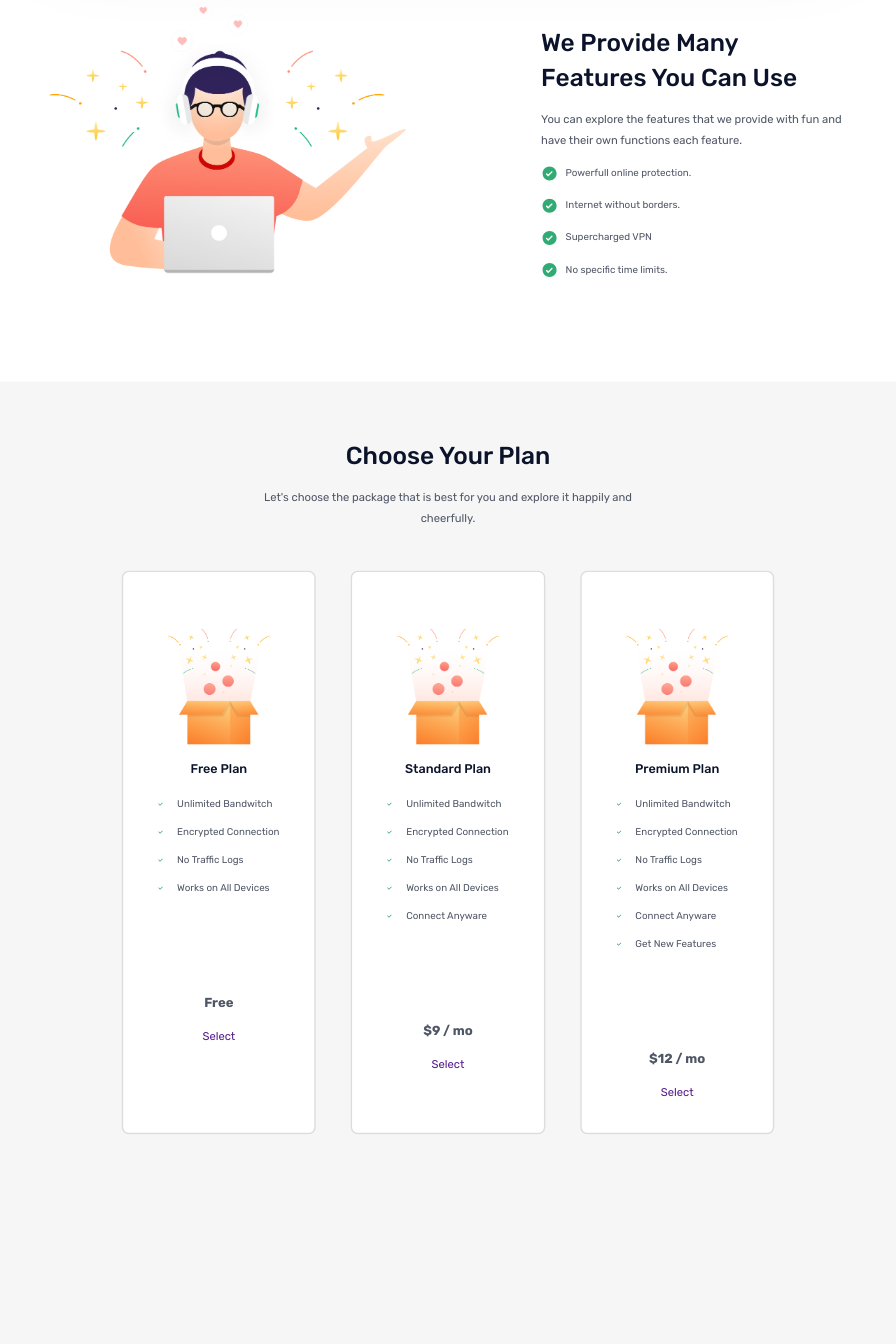
Repository: thefellowshiplotr/lasles_recode
Page: index.html
These files come from the project's save history. The page is drawn as it stood at one moment and after the next save; the edit follows.
The browser window is 1280 px wide. The pictures show the part of the page from y = 946 to 2866 px (the page is 2866 px tall before and 2706 px after), at 70% of full size.
The style sheet was rebuilt from its Sass, Less or Tailwind sources for each picture, by a compiler version that may differ from the author's.

Above is the page before, as saved 2022-10-28 16:26:08.

### index.html
<!DOCTYPE html>
<html lang="en">
  <head>
    <meta charset="UTF-8" />
    <meta http-equiv="X-UA-Compatible" content="IE=edge" />
    <meta name="viewport" content="width=device-width, initial-scale=1.0" />
    <title>Lasles Vpn</title>
    <link rel="preconnect" href="https://fonts.googleapis.com" />
    <link rel="preconnect" href="https://fonts.gstatic.com" crossorigin />
    <link
      href="https://fonts.googleapis.com/css2?family=Rubik:wght@400;500;700&display=swap"
      rel="stylesheet"
    />
    <link rel="stylesheet" href="./css/app.css" />
  </head>
  <body>
    <div class="wrapper">
      <header class="header">
        <div class="container">
          <div class="header-container">
            <img srcset="./img/logo.png 2x" alt="" class="header-logo" />
            <ul class="menu">
              <li class="menu-item">
                <a href="#" class="menu-link">About</a>
              </li>
              <li class="menu-item">
                <a href="#" class="menu-link">Features</a>
              </li>
              <li class="menu-item">
                <a href="#" class="menu-link">Pricing</a>
              </li>
              <li class="menu-item">
                <a href="#" class="menu-link">Testimonials</a>
              </li>
              <li class="menu-item">
                <a href="#" class="menu-link">Help</a>
              </li>
            </ul>
            <div class="header-auth">
              <a href="#" class="header-signin">Sign In</a>
              <a href="#" class="header-signup">Sign Up</a>
            </div>
          </div>
        </div>
      </header>
    </div>
    <div class="wrapper">
      <section class="hero">
        <div class="container">
          <div class="hero-container">
            <div class="hero-content">
              <h1 class="hero-heading">
                Want anything to be easy with
                <strong class="hero-laslesvpn">LaslesVPN.</strong>
              </h1>
              <p class="hero-desc">
                Provide a network for all your needs with ease and fun using
                <strong class="hero-laslesvpn2">LaslesVPN</strong> discover
                interesting features from us.
              </p>
            </div>
            <div class="hero-btn">
              <a href="" class="button button-primary">Get Started</a>
            </div>
            <div class="hero-img">
              <img srcset="./img/hero-image.png 2x" alt="" />
            </div>
          </div>
        </div>
      </section>
    </div>
    <div class="wrapper">
      <section class="intro">
        <div class="container">
          <div class="intro-container">
            <div class="intro-item">
              <div class="intro-icon">
                <img srcset="./img/user.png 2x" alt="" />
              </div>
              <div class="intro-info">
                <div class="intro-title">90+</div>
                <p class="intro-text">Users</p>
              </div>
            </div>
            <div class="intro-item">
              <div class="intro-icon">
                <img srcset="./img/location.png 2x" alt="" />
              </div>
              <div class="intro-info">
                <div class="intro-title">30+</div>
                <p class="intro-text">Locations</p>
              </div>
            </div>
            <div class="intro-item">
              <div class="intro-icon">
                <img srcset="./img/server.png 2x" alt="" />
              </div>
              <div class="intro-info">
                <div class="intro-title">50+</div>
                <p class="intro-text">Servers</p>
              </div>
            </div>
          </div>
        </div>
      </section>
    </div>
    <div class="wrapper">
      <section class="feature">
        <div class="container">
          <div class="feature-container">
            <img
              srcset="./img/feature-image.png 2x"
              alt=""
              class="feature-img"
            />
            <div class="feature-content">
              <h2 class="feature-heading">
                We Provide Many Features You Can Use
              </h2>
              <p class="feature-desc">
                You can explore the features that we provide with fun and have
                their own functions each feature.
              </p>
              <div class="feature-list">
                <div class="feature-item">
                  <img src="./img/icon-check.svg" alt="" />
                  <span>Powerfull online protection.</span>
                </div>
                <div class="feature-item">
                  <img src="./img/icon-check.svg" alt="" />
                  <span>Internet without borders.</span>
                </div>
                <div class="feature-item">
                  <img src="./img/icon-check.svg" alt="" />
                  <span>Supercharged VPN</span>
                </div>
                <div class="feature-item">
                  <img src="./img/icon-check.svg" alt="" />
                  <span>No specific time limits.</span>
                </div>
              </div>
            </div>
          </div>
        </div>
      </section>
    </div>
    <div class="wrapper background-plan">
      <section class="plan">
        <div class="container">
          <div class="plan-container">
            <div class="plan-header">
              <h2 class="plan-heading">Choose Your Plan</h2>
              <p class="plan-desc">
                Let's choose the package that is best for you and explore it
                happily and cheerfully.
              </p>
            </div>
            <div class="plan-list">
              <div class="plan-item">
                <div class="plan-img">
                  <img srcset="./img/plan.png 2x" alt="" />
                </div>
                <div class="plan-title">Free Plan</div>
                <div class="plan-details">
                  <div class="plan-info">
                    <img
                      srcset="./img/icon-check-line.svg 2x"
                      alt=""
                      class="plan-icon"
                    />
                    <span>Unlimited Bandwitch</span>
                  </div>
                  <div class="plan-info">
                    <img
                      srcset="./img/icon-check-line.svg 2x"
                      alt=""
                      class="plan-icon"
                    />
                    <span>Encrypted Connection</span>
                  </div>
                  <div class="plan-info">
                    <img
                      srcset="./img/icon-check-line.svg 2x"
                      alt=""
                      class="plan-icon"
                    />
                    <span>No Traffic Logs</span>
                  </div>
                  <div class="plan-info">
                    <img
                      srcset="./img/icon-check-line.svg 2x"
                      alt=""
                      class="plan-icon"
                    />
                    <span>Works on All Devices</span>
                  </div>
                </div>
                <h3 class="plan-price">Free</h3>
                <a href="" class="button button-rounded">Select</a>
              </div>
              <div class="plan-item">
                <div class="plan-img">
                  <img srcset="./img/plan.png 2x" alt="" />
                </div>
                <div class="plan-title">Standard Plan</div>
                <div class="plan-details">
                  <div class="plan-info">
                    <img
                      srcset="./img/icon-check-line.svg 2x"
                      alt=""
                      class="plan-icon"
                    />
                    <span>Unlimited Bandwitch</span>
                  </div>
                  <div class="plan-info">
                    <img
                      srcset="./img/icon-check-line.svg 2x"
                      alt=""
                      class="plan-icon"
                    />
                    <span>Encrypted Connection</span>
                  </div>
                  <div class="plan-info">
                    <img
                      srcset="./img/icon-check-line.svg 2x"
                      alt=""
                      class="plan-icon"
                    />
                    <span>No Traffic Logs</span>
                  </div>
                  <div class="plan-info">
                    <img
                      srcset="./img/icon-check-line.svg 2x"
                      alt=""
                      class="plan-icon"
                    />
                    <span>Works on All Devices</span>
                  </div>
                  <div class="plan-info">
                    <img
                      srcset="./img/icon-check-line.svg 2x"
                      alt=""
                      class="plan-icon"
                    />
                    <span>Connect Anyware</span>
                  </div>
                </div>
                <h3 class="plan-price">$9 / mo</h3>
                <a href="" class="button button-rounded">Select</a>
              </div>
              <div class="plan-item">
                <div class="plan-img">
                  <img srcset="./img/plan.png 2x" alt="" />
                </div>
                <div class="plan-title">Premium Plan</div>
                <div class="plan-details">
                  <div class="plan-info">
                    <img
                      srcset="./img/icon-check-line.svg 2x"
                      alt=""
                      class="plan-icon"
                    />
                    <span>Unlimited Bandwitch</span>
                  </div>
                  <div class="plan-info">
                    <img
                      srcset="./img/icon-check-line.svg 2x"
                      alt=""
                      class="plan-icon"
                    />
                    <span>Encrypted Connection</span>
                  </div>
                  <div class="plan-info">
                    <img
                      srcset="./img/icon-check-line.svg 2x"
                      alt=""
                      class="plan-icon"
                    />
                    <span>No Traffic Logs</span>
                  </div>
                  <div class="plan-info">
                    <img
                      srcset="./img/icon-check-line.svg 2x"
                      alt=""
                      class="plan-icon"
                    />
                    <span>Works on All Devices</span>
                  </div>
                  <div class="plan-info">
                    <img
                      srcset="./img/icon-check-line.svg 2x"
                      alt=""
                      class="plan-icon"
                    />
                    <span>Connect Anyware</span>
                  </div>
                  <div class="plan-info">
                    <img
                      srcset="./img/icon-check-line.svg 2x"
                      alt=""
                      class="plan-icon"
                    />
                    <span>Get New Features</span>
                  </div>
                </div>
                <h3 class="plan-price">$12 / mo</h3>
                <a href="" class="button button-rounded">Select</a>
              </div>
            </div>
          </div>
        </div>
      </section>
    </div>
  </body>
</html>

### sass/app.scss
@import "reset";
@import "variables";
@import "global";
@import "header";
@import "menu";
@import "hero";
@import "intro";
@import "feature";
@import "plan";

### sass/_variables.scss
$font: "Rubik", sans-serif;
$text-color: #4f5665;
$heading-color: #0b132a;
$primary-color: #f53838;
$secondary-color: #f53855;
$gray-color: #f6f6f6;
$gray-light-color: #f8f8f8;
$gray-lighter-color: #afb5c0;

### sass/_global.scss
.wrapper {
  max-width: 1440px;
  margin: 0 auto;
}

.container {
  max-width: 1170px;
  margin: 0 auto;
  padding: 0 15px;
}

body {
  line-height: 1;
  font-family: $font;
  color: $text-color;
  font-weight: 400;
}

.button {
  &-primary {
    color: #fff;
    padding: 17px 77px;
    border: none;
    background-color: $primary-color;
    border: 1px solid;
    border-radius: 10px;
    white-space: nowrap;
  }
}
.background-plan {
  background-color: $gray-color;
}

### sass/_header.scss
.header {
  padding-top: 30px;
  padding-bottom: 90px;
  &-container {
    display: flex;
    justify-content: space-between;
    align-items: center;
  }
  &-auth {
    display: flex;
    align-items: center;
    gap: 0 30px;
  }
  &-signin {
    color: $heading-color;
    font-weight: 500;
    font-size: 16px;
    line-height: calc(18.96 / 16);
  }
  &-signup {
    color: $secondary-color;
    font-weight: 500;
    font-size: 16px;
    line-height: calc(18.96 / 16);
    padding: 13px 45px;
    border: 1px solid $secondary-color;
    border-radius: 50px;
    // border-radius: 100rem;
  }
}

### sass/_menu.scss
.menu {
  list-style: none;
  display: flex;
  align-items: center;
  gap: 0 40px;
  &-link {
    color: inherit;
    font-size: 16px;
    line-height: calc(18.96 / 16);
  }
}

### sass/_hero.scss
.hero {
  padding-bottom: 100px;
  &-container {
    display: flex;
    justify-content: space-between;
    align-items: center;
    position: relative;
    gap: 0 40px;
    align-items: center;
  }
  &-content {
    width: 100%;
    max-width: 555px;
    display: flex;
    align-items: center;
    flex-direction: column;
    align-content: center;
  }
  &-img {
    position: absolute;
    top: 50%;
    transform: translate(40px, -40%);
    right: 0;
  }
  &-heading {
    color: $heading-color;
    font-weight: 500;
    font-size: 50px;
    line-height: calc(70 / 50);
    margin-bottom: 20px;
  }
  &-desc {
    font-weight: 400;
    font-size: 16px;
    line-height: calc(30 / 16);
    margin-bottom: 50px;
  }
  &-laslesvpn {
    font-weight: 700;
    font-size: 50px;
    line-height: calc(70 / 50);
  }
  &-btn {
    font-weight: 700;
    font-size: 16px;
    line-height: calc(25 / 16);
    position: absolute;
    left: 0;
    bottom: -55px;
    box-shadow: 0 37px 54px 0px $primary-color;
  }
}

### sass/_intro.scss
.intro {
  padding: 57px 0;
  margin-top: 40px;
  &-container {
    background: #ffffff;
    padding: 37px 0;
    border-radius: 10px;
    box-shadow: 0 42px 114px 0 rgb(13 16 37 / 10%);
    display: grid;
    grid-template-columns: repeat(3, minmax(0, 1fr));
    grid-gap: 0 50px;
    min-height: 200px;
  }
  &-item {
    display: flex;
    align-items: center;
    justify-content: center;
    gap: 0 36.5px;
  }
  &-item:nth-child(2) {
    border-left: 2px solid #eeeff2;
    border-right: 2px solid #eeeff2;
  }
  &-title {
    color: $heading-color;
    font-weight: 700;
    font-size: 25px;
    line-height: calc(30 / 25);
  }
  &-text {
    color: $text-color;
    font-weight: 400;
    font-size: 20px;
    line-height: calc(30 / 20);
  }
}

### sass/_feature.scss
.feature {
  padding-bottom: 126px;
  &-container {
    display: flex;
    justify-content: space-between;
    align-items: center;
  }
  &-content {
    margin-top: 90px;
  }
  &-heading {
    width: 383px;
    color: $heading-color;
    font-weight: 500;
    font-size: 35px;
    line-height: calc(50 / 35);
    margin-bottom: 20px;
  }
  &-desc {
    width: 437px;
    font-weight: 400;
    font-size: 16px;
    line-height: calc(30 / 16);
    margin-bottom: 20px;
  }
  &-item {
    display: flex;
    justify-content: flex-start;
    align-items: center;
    gap: 0 10px;
    font-size: 14px;
    margin-bottom: 21px;
  }
}

### sass/_plan.scss
.plan {
  padding-bottom: 150px;
  &-container {
    display: flex;
    align-items: center;
    justify-content: center;
    text-align: center;
    flex-direction: column;
  }
  &-header {
    margin-top: 80px;
  }
  &-heading {
    color: $heading-color;
    font-weight: 500;
    font-size: 35px;
    line-height: calc(50 / 35);
    margin-bottom: 20px;
  }
  &-desc {
    width: 555px;
    font-weight: 40;
    font-size: 16px;
    line-height: calc(30 / 16);
  }
  &-list {
    margin-top: 60px;
    display: grid;
    grid-template-columns: repeat(3, 1fr);
    grid-gap: 0 50px;
    margin-bottom: 150px;
  }
  &-item {
    background-color: #fff;
    border: 2px solid #dddddd;
    border-radius: 10px;
    padding: 80px 50px 50px;
    display: flex;
    flex-direction: column;
    align-items: center;
  }
  &-price {
    margin-top: 130px;
    margin-bottom: 30px;
  }
  &-title {
    color: $heading-color;
    margin-top: 20px;
    margin-bottom: 20px;
    font-weight: 500;
    font-size: 18px;
    line-height: calc(30 / 18);
  }
  &-info {
    display: flex;
    align-items: center;
    gap: 0 20px;
    margin-bottom: 10px;
    font-size: 14px;
    line-height: calc(30 / 14);
  }
}

Loaded but not shown: sass/_reset.scss (common file)

After the next save:
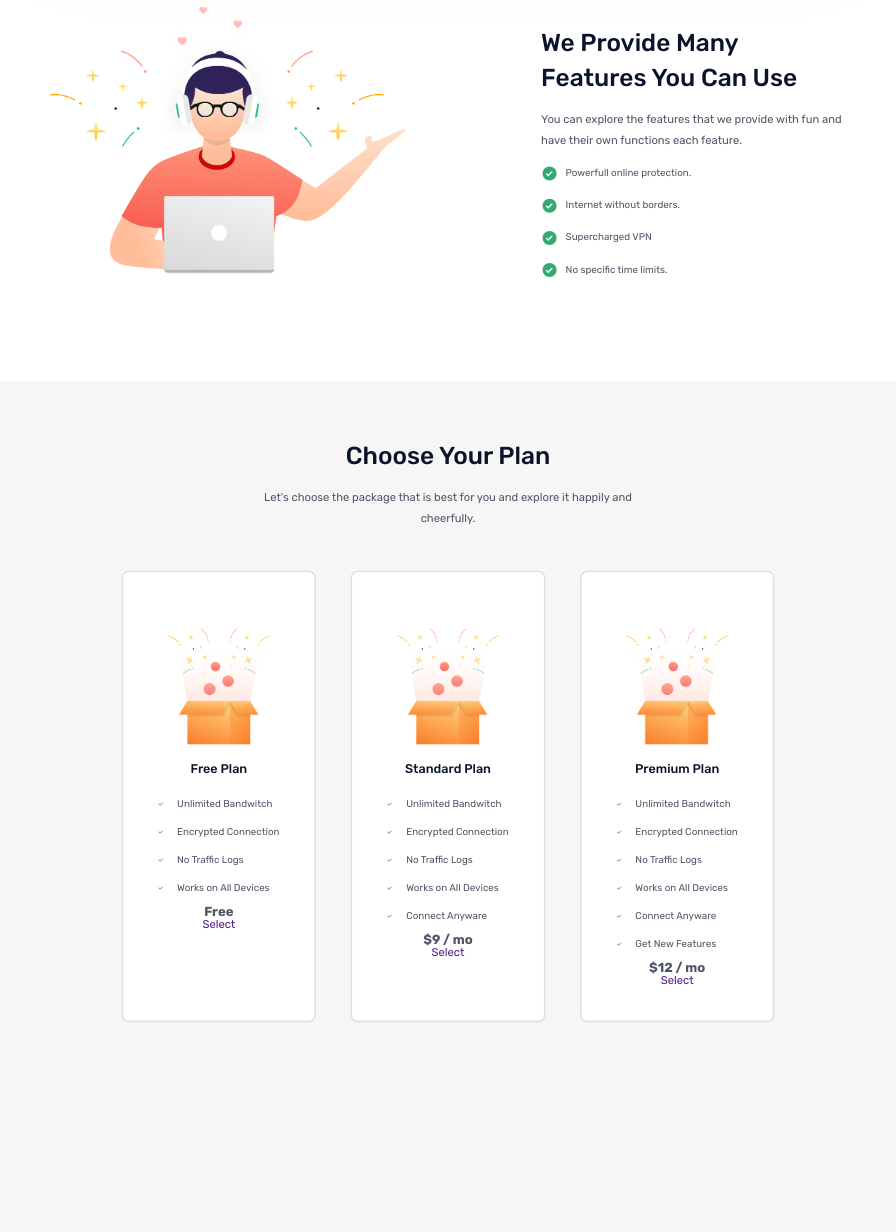
Saved 15 s later.
--- a/sass/_plan.scss
+++ b/sass/_plan.scss
@@ -39,10 +39,7 @@
     flex-direction: column;
     align-items: center;
   }
-  &-price {
-    margin-top: 130px;
-    margin-bottom: 30px;
-  }
+
   &-title {
     color: $heading-color;
     margin-top: 20px;
